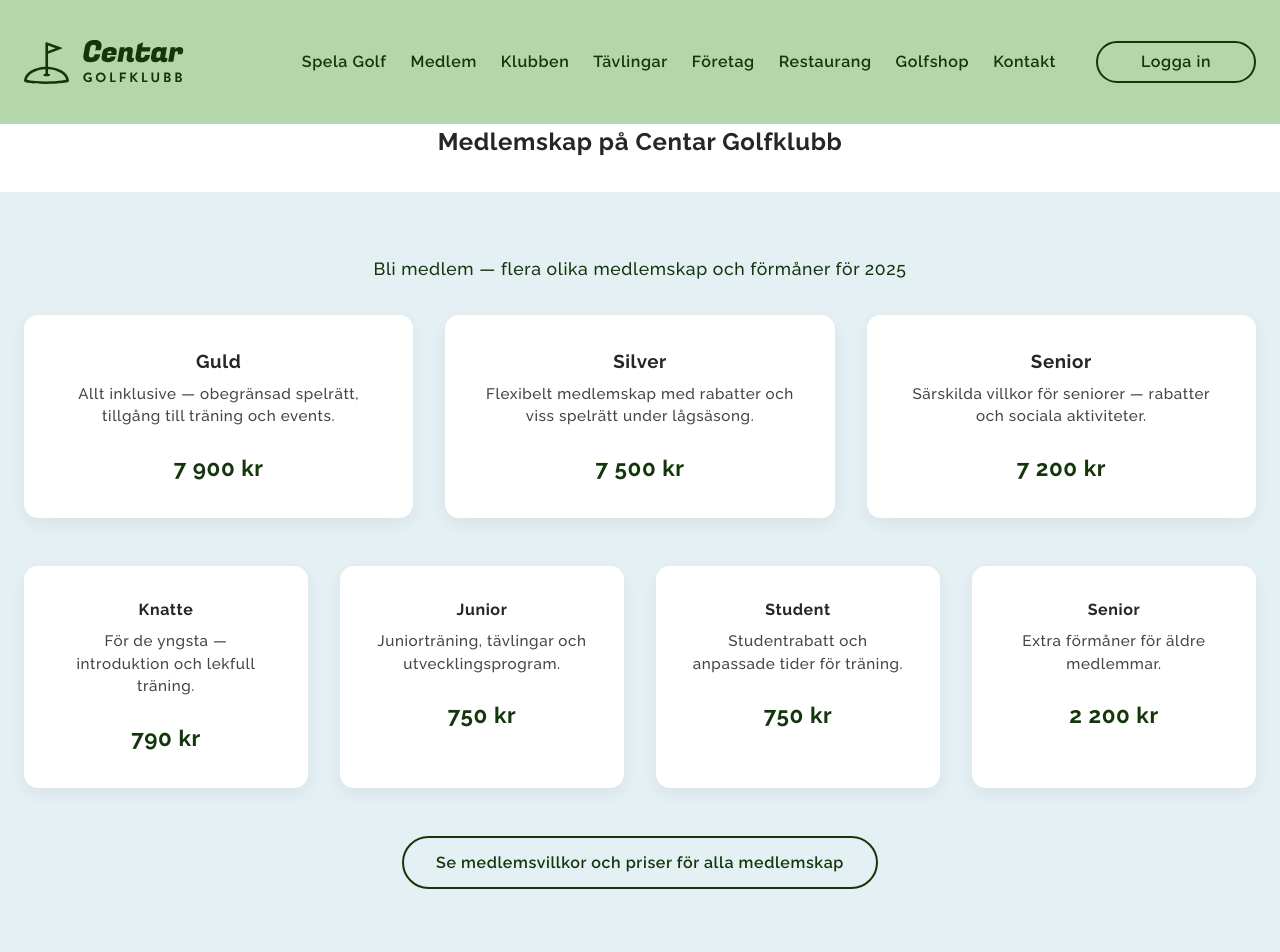
Repository: Tamana831/GolfklubbCentar
Page: Medlem.html
These files come from the project's save history. The page is drawn as it stood at one moment and after the next save; the edit follows.
The browser window is 1280 px wide. The pictures show the part of the page from y = 0 to 952 px (the page is 1857 px tall before and 1889 px after).
A picture or video elsewhere on the page could not be fetched, so the positions and the page height are approximate.

Above is the page before, as saved 2025-10-23 22:59:26.

### Medlem.html
<!DOCTYPE html>
<html lang="sv">
  <head>
    <meta charset="UTF-8" />
    <meta name="viewport" content="width=device-width, initial-scale=1.0" />
    <title>Design element</title>
    <!-- variables.css och base.css måste ligga överst då vi vill att den ska läsas in först -->
    <link rel="stylesheet" href="styles/variables.css" />
    <link rel="stylesheet" href="styles/base.css" />
    <link rel="stylesheet" href="styles/medlem.css" />
  </head>
  <body>
    <!-- Sätter färg hela vägen ut -->
    <header class="bg-green-mid">
      <!-- Nedan div för att sätta maxbredd på sidan -->
      <nav class="container main-nav-wrapper">
        <a href="#"
          ><img
            src="images/centar_logotype_primary_dark.svg"
            alt="Centar logotype"
            class="logotype"
        /></a>
        <input type="checkbox" id="menu-toggle" />
        <label for="menu-toggle" class="menu-button-container">
          <span class="menu-button"></span>
          <!--inline-->
        </label>
        <div class="menu-wrapper">
            <ul>
            <li><a href="spelagolf.html">Spela Golf</a></li>
            <li><a href="medlem.html">Medlem</a></li>
            <li><a href="klubben.html">Klubben</a></li>
            <li><a href="tavling.html">Tävlingar</a></li>
            <li><a href="foretag.html">Företag</a></li>
            <li><a href="restaurang.html">Restaurang</a></li>
            <li><a href="golfshop.html">Golfshop</a></li>
            <li><a href="kontakt.html">Kontakt</a></li>
          </ul>
          <a href="#" class="button btn-primary-outline">Logga in</a>
        </div>
      </nav>
    </header>

  <!-- RUBRIK -->
    <section class="container">
      <div class="page-header">
        <h1 class="page-title">Medlemskap på Centar Golfklubb</h1>
      </div>
    </section>

    <!-- MEDLEMSKORT -->

    <section class="memberships">
    <p class="subtitle">Bli medlem — flera olika medlemskap och förmåner för 2025</p>
      <div class="container">
        <div class="cards-grid cards-grid-top">
          <article class="card">
            <h3>Guld</h3>
            <p class="card-text">Allt inklusive — obegränsad spelrätt, tillgång till träning och events.</p>
            <div class="price">7 900 kr</div>

          </article>

          <article class="card">
            <h3>Silver</h3>
            <p class="card-text">Flexibelt medlemskap med rabatter och viss spelrätt under lågsäsong.</p>
            <div class="price">7 500 kr</div>
          </article>

          <article class="card">
            <h3>Senior</h3>
            <p class="card-text">Särskilda villkor för seniorer — rabatter och sociala aktiviteter.</p>
            <div class="price">7 200 kr</div>
          </article>
        </div>

        <div class="cards-grid cards-grid-bottom">
          <article class="card small">
            <h4>Knatte</h4>
            <p class="card-text">För de yngsta — introduktion och lekfull träning.</p>
            <div class="price">790 kr</div>
          </article>

          <article class="card small">
            <h4>Junior</h4>
            <p class="card-text">Juniorträning, tävlingar och utvecklingsprogram.</p>
            <div class="price">750 kr</div>
          </article>

          <article class="card small">
            <h4>Student</h4>
            <p class="card-text">Studentrabatt och anpassade tider för träning.</p>
            <div class="price">750 kr</div>
          </article>

          <article class="card small">
            <h4>Senior</h4>
            <p class="card-text">Extra förmåner för äldre medlemmar.</p>
            <div class="price">2 200 kr</div>
          </article>
        </div>

        <div class="center-cta">
          <a class="btn-outline" href="#">Se medlemsvillkor och priser för alla medlemskap</a>
        </div>
      </div>
    </section>
   <!-- Medlemsansökan -->
<section class="membership-apply">
  <div class="apply-box">
    <h2>Bli medlem idag</h2>
    <p>Fyll i dina uppgifter så kontaktar vi dig med mer information om medlemskap.</p>

    <form class="apply-form">
      <label for="name">Namn*</label>
      <input type="text" id="name" placeholder="Ditt namn" required>

      <label for="email">E-post*</label>
      <input type="email" id="email" placeholder="namn@exempel.se" required>

      <label for="phone">Telefonnummer</label>
      <input type="tel" id="phone" placeholder="070-123 45 67">

      <label for="membership">Välj medlemskap</label>
      <select id="membership">
        <option value="">Välj...</option>
        <option value="guld">Guld</option>
        <option value="silver">Silver</option>
        <option value="senior">Senior</option>
        <option value="junior">Junior</option>
        <option value="student">Student</option>
      </select>

      <button type="submit">Skicka ansökan</button>
    </form>
  </div>
</section>
 <!-- Image + benefits -->
    <section class="benefits">
      <div class="container benefits-inner">
        <div class="image-wrap">
          <!-- ersätt sökvägen med din bild -->
          <img src="assets/golf.jpg" alt="Golf green with ball">
        </div>

        <div class="benefits-text">
          <h2>Som medlem i Centar GK får du</h2>
          <ul>
            <li>Fri Rangekort i klubben (enligt medlemsvillkor)</li>
            <li>Vår årliga klubbträff och medlemsrabatter</li>
            <li>10% rabatt på privatlektioner med våra pro</li>
            <li>Förmånsrätt vid tävlingar och klubbaktiviteter</li>
          </ul>
        </div>
      </div>
    </section>
  </main>
<!-- FOOTER -->
    <footer class="bg-green-dark">
      <div class="container text-white footer-wrapper">
        <nav class="foot-nav-wrapper body-sm">
          <div class="foot-nav-item foot-logo-wrapper">
            <a href="#"
              ><img
                src="/images/centar_logo_wordmark_neg.svg"
                alt="Centar logotype negative"
                class="logo-wordmark"
            /></a>
          </div>
          <section class="foot-nav-item">
            <h5 class="overline">Navigera</h5>
            <ul>
              <li><a href="#">Om klubben</a></li>
              <li><a href="#">Banan</a></li>
              <li><a href="#">Företag & Partners</a></li>
              <li><a href="#">Träna Golf</a></li>
              <li><a href="#">Gäst</a></li>
            </ul>
          </section>
          <section class="foot-nav-item">
            <h5 class="overline">Öppettider</h5>
            <p>Måndag – Lördag: 7.30-17.00</p>
            <p>Söndag: 7.30–16.00</p>
          </section>
          <section class="foot-nav-item">
            <h5 class="overline">Kontakt</h5>
            <a href="mailto:centar@info.se">info@centargolfklubb.se</a>
            <a href="tel:+123456789">012-345 678</a>
            <address>Bergkvarn<br />700 88 Örebro</address>
          </section>
          <section class="foot-nav-item">
            <h5 class="overline">Följ oss</h5>
            <ul>
              <li><a href="#">Instagram</a></li>
              <li><a href="#">Facebook</a></li>
              <li><a href="#">LinkedIn</a></li>
            </ul>
          </section>
        </nav>
        <div class="byline-wrapper text-center">
          <p>
            &copy; 2025 | Designad och utvecklad av Emma Golander, Josefin
            Holgersson, Tim Hugdahl, Tamana Mohammadi  | webd25jon TUC | HTML
            och CSS med agila utvecklingsmetoder
          </p>
        </div>
      </div>
    </footer>
  </body>
</html>

### styles/variables.css
/* Variabler. I och med att vi lägger det i root så går de att nå i alla css-filer.*/
:root {
  /* FÄRGER */
  --color-green-dark: #13360a;
  --color-green-mid: #b3d6aa;
  --color-green-light: #ecf6e9;
  --color-green-accent: #14bf71;

  --color-blue-mid: #c8e0e8;
  --color-blue-light: #e4f0f4;
  --color-beige-light: #f4f3e9;

  --color-text-black: #262626;
  --color-text-grey: #3d3d3d;
  --color-text-white: #ffffff;

  /* SPACING */
  --space-xxs: 0.5rem; /* 8px, minsta avstånd, typ ikoner, små knappar*/
  --space-xs: 1rem; /* 16px, litet avstånd, tex mellan text och knapp  */
  --space-sm: 1.5rem; /* 24px, lite större, ofta mellan rubrik och text */
  --space-md: 2.5rem; /* 40px, ännu lite större, ofta mellan större rubrik och text */
  --space-lg: 3.5rem; /* 56px */
  --space-xl: 5rem; /* 80px, större block, typ mellan sektioner*/
  --space-xxl: 7.5rem; /* 120px, stort avstånd mellan sektioner */
}

### styles/base.css
@import url("https://fonts.googleapis.com/css2?family=Raleway:ital,wght@0,100..900;1,100..900&display=swap");
/* Reset */
* {
  box-sizing: border-box;
  margin: 0;
  padding: 0;
  line-height: 1.5;
}

body {
  color: var(--color-text-black); /* Textfärg för hela sidan */
  font-family: "Raleway", sans-serif;
  font-weight: 500;
  letter-spacing: 0.6px;
  -webkit-font-smoothing: antialiased;
  -moz-osx-font-smoothing: grayscale;
}

/* Klassen container styr sidans maxbredd. */
.container {
  margin: 0 auto;
  max-width: 1280px;
  /* Är det för tight padding i mobil?? */
  padding-left: var(--space-sm);
  padding-right: var(--space-sm);
}
/* @media (min-width: 768px) {
  .container {
    padding-left: var(--space-sm);
    padding-right: var(--space-sm);
  }
} */

/* ---------- BAKGRUNDSFÄRG styling  ---------- */
/* Gör vad som känns enklast, antingen med klass på html-elmentet eller med hjälp av css direkt på elementet. */
.bg-green-dark {
  background-color: var(--color-green-dark);
}
.bg-green-mid {
  background-color: var(--color-green-mid);
}
.bg-green-light {
  background-color: var(--color-green-light);
}
.bg-blue-mid {
  background-color: var(--color-blue-mid);
}
.bg-blue-light {
  background-color: var(--color-blue-light);
}
.bg-beige-light {
  background-color: var(--color-beige-light);
}

/* ---------- TEXT styling ---------- */
/* Utgår från mobil och skalar upp, se media queries */
/* text- för rubriker */
.text-xxl,
.text-xl,
.text-lg,
.text-md,
.text-sm {
  font-weight: 600;
  letter-spacing: normal; /* nollställer letter-spacing som är satt i body */
  line-height: 1.25;
}
.text-xxl {
  font-size: 2.5rem; /* 40px mobil, 64px desktop */
}
.text-xl {
  font-size: 2rem; /* 32px mobil, 48px desktop */
  margin-bottom: var(--space-md);
}
.text-lg {
  font-size: 1.75rem; /* 28px mobil, 32px desktop */
  margin-bottom: var(--space-sm);
}
.text-md {
  font-size: 1.25rem; /* 20px mobil, 24px desktop */
  margin-bottom: var(--space-xs);
}
.text-sm {
  font-size: 1rem; /* 16px */
  margin-bottom: var(--space-xs);
}
/* body- för brödtext och ingress */
.body-sm {
  font-size: 0.875rem; /* 14px */
}
.body {
  font-size: 1rem; /* 16px */
}
.body-lg {
  font-size: 1rem; /* 16px mobil, 20px desktop */
}
.overline {
  font-size: 1rem; /* 16px */
  font-weight: 500;
  text-transform: uppercase;
  letter-spacing: 1px;
}
/* Större px-storlek från tablet och uppåt */
@media (min-width: 768px) {
  .text-xxl {
    font-size: 4rem; /* 64px */
  }
  .text-xl {
    font-size: 3rem; /* 48px */
  }
  .text-lg {
    font-size: 2rem; /* 32px */
  }
  .text-md {
    font-size: 1.5rem; /* 24px */
  }
  .body-lg {
    font-size: 1.25rem; /* 20px */
  }
}
/* Hjälpklasser */
.text-center {
  text-align: center;
}
.text-white {
  color: var(--color-text-white);
}
.bold {
  font-weight: 700;
}
/* ----------  BUTTONS ---------- */
/* Grundstyling som gäller alla knappar (a-taggar och buttons) */
.button {
  /* Button reset */
  appearance: none; /* tar bort systemets knappstil. */
  -webkit-appearance: none; /* för Safari */
  -moz-appearance: none; /* för Firefox */
  border: none;
  font: inherit; /* Ärver samma font som sidan */
  /* Sätter fast höjd på knappar och justerar in med flex, så man vet att alla knappat alltid är lika höga. */
  height: 42px;
  width: fit-content;
  max-width: 100%;
  display: flex;
  justify-content: center;
  align-items: center;
  text-decoration: none;
  font-weight: 600;
  text-align: center;
  border-radius: 999px;
  padding: 0 var(--space-md); /* Enbart padding i sidled pga fast höjd och flex*/
  cursor: pointer;
  will-change: transform;
  transition: background-color 0.25s ease, transform 0.15s ease;
}
.button:hover {
  transform: scale(1.03);
}
.btn-primary {
  /* Mörkgrön */
  background-color: var(--color-green-dark);
  color: var(--color-beige-light);
}
.btn-cta {
  background-color: var(--color-green-accent);
  color: var(--color-text-white);
}
.btn-primary:hover,
.btn-cta:hover {
  background-color: color-mix(in srgb, var(--color-green-accent) 85%, black);
}
.btn-primary-outline {
  /* Mörkgrön outline */
  border: 2px solid var(--color-green-dark);
  background-color: transparent;
  color: var(--color-green-dark);
}
.btn-primary-outline:hover {
  background-color: var(--color-green-dark);
  color: var(--color-beige-light);
}
/* Focus ring t.ex. när man tabbar sig fram */
.button:focus-visible {
  outline: 3px solid color-mix(in srgb, var(--color-green-accent) 70%, white);
  outline-offset: 3px;
}
@media (max-width: 420px) {
  .button {
    height: auto;
    min-height: 42px;
    padding: 0.5rem var(--space-md);
    white-space: normal;
    line-height: 1.2;
  }
}

/* ---------- NAVIGATION ---------- */
.main-nav-wrapper {
  display: flex;
  justify-content: space-between;
  align-items: center;
  position: relative;
  padding-top: var(--space-sm);
  padding-bottom: var(--space-sm);
}
.logotype {
  width: 140px;
  /* Tar bort margin i botten på bild */
  display: block;
}
.menu-wrapper {
  position: absolute;
  top: 100%; /* lägger meny precis under nav */
  left: 0;
  right: 0;
  background-color: var(--color-green-mid);
  border-top: 1px solid var(--color-green-dark);
  box-shadow: 0 4px 16px 0 rgba(0, 0, 0, 0.08);
  display: flex;
  flex-direction: column;
  padding: var(--space-sm) var(--space-sm) var(--space-lg) var(--space-sm);
  gap: var(--space-xs); /* Avstånd mellan meny och knapp */
  /* Animerar opaciteten */
  max-height: 0;
  opacity: 0;
  overflow: hidden;
  transition: all 700ms cubic-bezier(0.23, 1, 0.32, 1);
}
.menu-wrapper li {
  list-style: none;
  font-size: 1.25rem;
  margin-bottom: var(--space-xs);
}
.menu-wrapper a {
  text-decoration: none;
  color: var(--color-green-dark);
  font-weight: 600;
  transition: background-color 0.5s;
}
.menu-wrapper li a:hover,
.menu-wrapper li a.current {
  padding-bottom: 4px;
  border-bottom: 2px solid var(--color-green-dark);
}
/* Styling hamburgerikon */
.menu-button-container {
  height: 100%;
  width: 32px;
  cursor: pointer;
  display: flex;
  flex-direction: column;
  justify-content: center;
  align-items: center;
}
/* Döljer själva checkboxen*/
#menu-toggle {
  display: none;
}
/* Checkbox (hamburgermenyn) kryssad, menyn visas */
#menu-toggle:checked ~ .menu-wrapper {
  max-height: 600px;
  opacity: 1;
}
/* Hamburgerikonens transformation till ett "X" */
#menu-toggle:checked + .menu-button-container .menu-button::before {
  margin-top: 0;
  transform: rotate(45deg);
}
#menu-toggle:checked + .menu-button-container .menu-button {
  background: transparent;
}
#menu-toggle:checked + .menu-button-container .menu-button::after {
  margin-top: 0;
  transform: rotate(-45deg);
}
/* Stylar "strecken" i hamburgermenyn  */
.menu-button,
.menu-button::before,
.menu-button::after {
  display: block;
  background-color: var(--color-green-dark);
  position: absolute;
  height: 3px;
  width: 30px;
  border-radius: 2px;
  transition: transform 400ms cubic-bezier(0.23, 1, 0.32, 1);
}
.menu-button::before {
  content: "";
  margin-top: -8px;
}
.menu-button::after {
  content: "";
  margin-top: 8px;
}
/* Desktop */
@media (min-width: 1024px) {
  .main-nav-wrapper {
    align-items: flex-start;
    padding-top: var(--space-md);
    padding-bottom: var(--space-md);
  }
  .logotype {
    width: 200px;
    padding-right: var(--space-md);
  }
  .menu-button-container {
    display: none; /* Döljer hamburgarikon */
  }
  .menu-wrapper {
    position: static;
    background-color: transparent;
    display: flex;
    flex-direction: row;
    align-items: flex-start;
    padding: 0;
    gap: var(--space-md); /* Avstånd mellan meny och knapp */
    box-shadow: none;
    border-top: none;
    /* Återställer styling för animering */
    max-height: none;
    opacity: 1;
    overflow: visible;
    transition: none;
  }
  .menu-wrapper ul {
    display: flex;
    flex-wrap: wrap;
    justify-content: center;
    align-items: center;
    column-gap: var(--space-sm);
    row-gap: var(--space-xs);
  }
  .menu-wrapper li {
    margin-bottom: 0;
    font-size: 1rem;
  }
  .menu-wrapper .button {
    min-width: 160px; /* Måste sätta bredd annars vill texten hamna på två rader */
  }
}
@media (min-width: 1200px) {
  .main-nav-wrapper {
    align-items: center;
  }
  .menu-wrapper {
    align-items: center;
  }
}

/* Exempel-styling */
.hero {
  display: flex;
  flex-direction: column;
  justify-content: center;
  align-items: center;
  background-color: plum; /* Färg och höjd för att man ska se något nu.*/
  height: 500px;
  margin-bottom: var(--space-xl);
}
.btn-wrapper {
  display: flex;
  gap: var(--space-xs);
}

/* ----------  FOOTER ---------- */
/* Container-klassen styr padding i sidled så sätter top och bottom här. */
.footer-wrapper {
  padding-top: var(--space-xl);
  padding-bottom: var(--space-md);
}
.foot-nav-wrapper {
  display: grid; /* Grid aktiverad från start */
  grid-template-columns: 1fr;
  gap: var(--space-md); /* Mellanrum mellan sektioner */
  margin-bottom: var(--space-md);
}
footer .logo-wordmark {
  width: 100px;
}
footer .overline {
  margin-bottom: var(--space-xxs);
}
.foot-nav-item a,
.foot-nav-item p,
.foot-nav-item address {
  margin-bottom: var(--space-xxs);
  font-style: normal;
}
.foot-nav-item li {
  list-style: none;
}
.foot-nav-item a {
  display: block;
  text-decoration: none;
  color: var(--color-text-white);
}
.foot-nav-item a:hover {
  text-decoration: underline;
}
.byline-wrapper {
  border-top: 0.5px solid var(--color-beige-light);
}
.byline-wrapper p {
  font-size: 0.75rem;
  padding-top: var(--space-sm);
}
/* Tablet */
@media (min-width: 768px) {
  .foot-nav-wrapper {
    grid-template-columns: repeat(3, 1fr);
  }
  .foot-logo-wrapper {
    grid-column: span 3;
  }
}
/* Desktop */
@media (min-width: 1200px) {
  .foot-nav-wrapper {
    grid-template-columns: repeat(5, 1fr);
  }
  .foot-logo-wrapper {
    grid-column: span 1;
  }
}

### styles/Medlem.css
/* ---- Sektion Bakgrund + Centrering ---- */
.memberships {
  background: var(--color-blue-light);
  padding: 4rem 0;
}

.page-header,
.subtitle {
  text-align: center;
  margin-bottom: 2rem;
}

.subtitle {
  font-size: 1.1rem;
  color: var(--color-green-dark);
}

/* ---- GRID ---- */
.cards-grid {
  display: grid;
  gap: 2rem;
  margin-bottom: 3rem;
}

.cards-grid-top {
  grid-template-columns: repeat(3, 1fr);
}

.cards-grid-bottom {
  grid-template-columns: repeat(4, 1fr);
}

@media (max-width: 900px) {
  .cards-grid-top { grid-template-columns: 1fr; }
  .cards-grid-bottom { grid-template-columns: 1fr; }
}

/* ---- CARD DESIGN ---- */
.card {
  background: #fff;
  padding: 2rem;
  border-radius: 14px;
  box-shadow: 0 6px 18px rgba(0,0,0,0.06);
  text-align: center;
}

.card h3,
.card h4 {
  margin-bottom: .5rem;
}

.card-text {
  font-size: .95rem;
  margin-bottom: 1.5rem;
  color: #444;
}

.price {
  font-weight: 700;
  font-size: 1.4rem;
  color: var(--color-green-dark);
}

/* ---- CTA KNAPP ---- */
.center-cta {
  text-align: center;
}

.center-cta .btn-outline {
  display: inline-block;
  padding: .8rem 2rem;
  border: 2px solid var(--color-green-dark);
  border-radius: 999px;
  text-decoration: none;
  font-weight: 600;
  color: var(--color-green-dark);
}
.center-cta .btn-outline:hover {
  background: var(--color-green-dark);
  color: white;
}

After the next save:
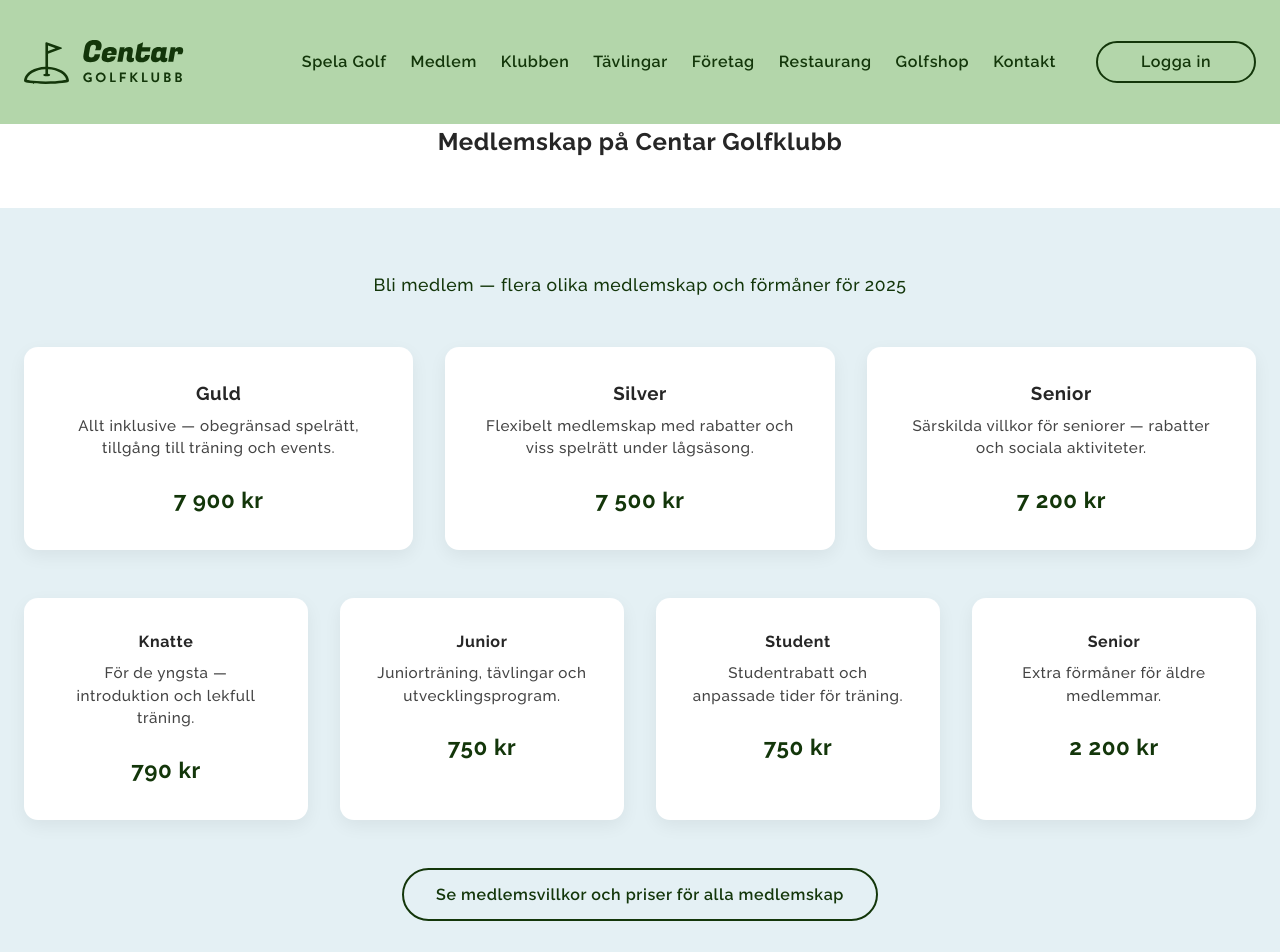
Saved 11 s later.
--- a/styles/Medlem.css
+++ b/styles/Medlem.css
@@ -7,7 +7,7 @@
 .page-header,
 .subtitle {
   text-align: center;
-  margin-bottom: 2rem;
+  margin-bottom: 3rem;
 }
 
 .subtitle {
